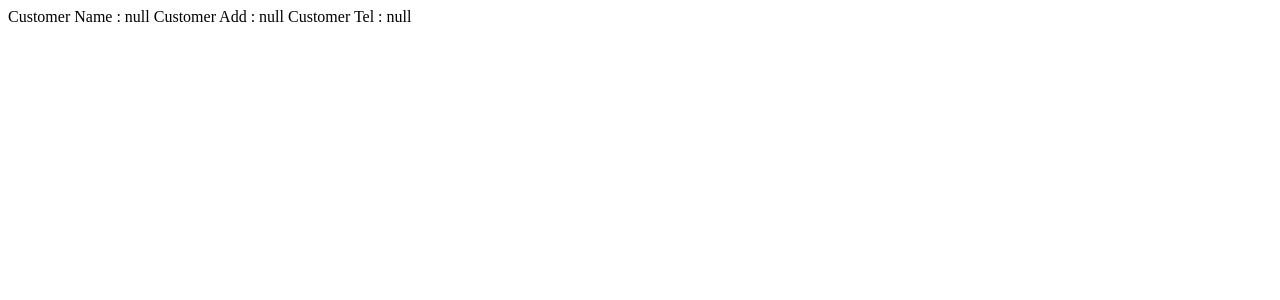
Repository: suzume1203/test
Page: http://localhost/JspProject/OrderSystem/TestOSProcess.jsp
An editor plug-in stored every save of this project. The page is shown before and after the next save, followed by the edit.
The browser window is 1280 px wide. The pictures show the whole page.
The page is served by Tomcat 10. Nobody is signed in. The application's start-up code is not run.

Above is the page before, as saved 2023-03-08 06:24:16.

After the next save:
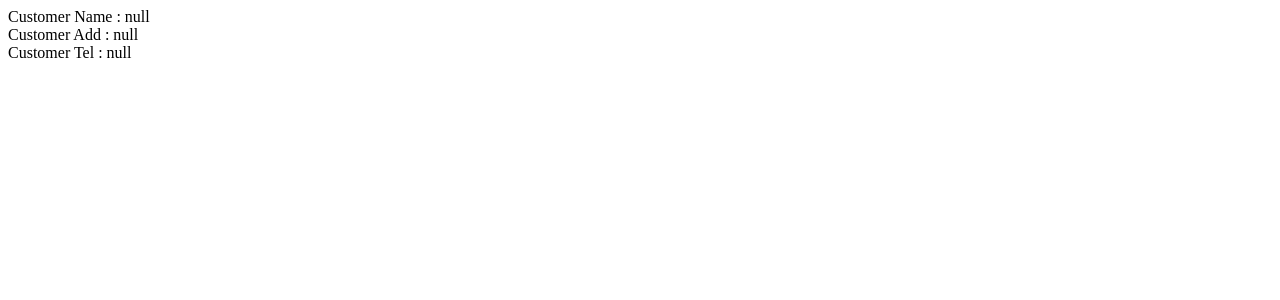
Saved 41 s later.
--- a/JspProject/src/main/webapp/OrderSystem/TestOSProcess.jsp
+++ b/JspProject/src/main/webapp/OrderSystem/TestOSProcess.jsp
@@ -11,9 +11,9 @@
 <title>Test OS Process</title>
 </head>
 <body>
-Customer Name : <jsp:getProperty name="os" property="customer"/>
-Customer Add : <jsp:getProperty name="os" property="shipAddress"/>
-Customer Tel : <jsp:getProperty name="os" property="phone"/>
+Customer Name : <jsp:getProperty name="os" property="customer"/><br/>
+Customer Add : <jsp:getProperty name="os" property="shipAddress"/><br/>
+Customer Tel : <jsp:getProperty name="os" property="phone"/><br/>
 
 </body>
 </html>
